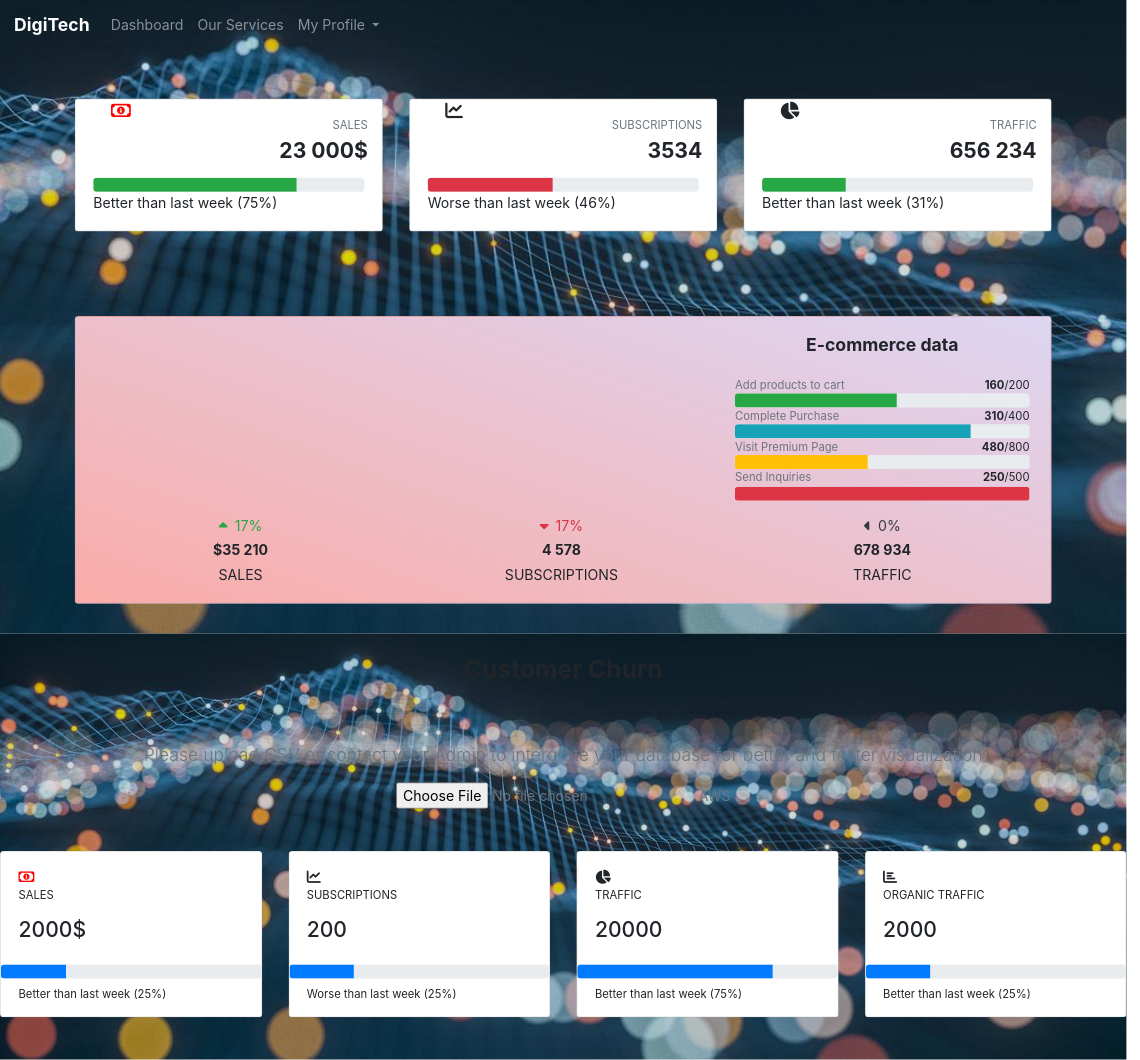
Repository: Tookliin/DigiTech
Page: /profile
An editor plug-in stored every save of this project. The page is shown before and after the next save, followed by the edit.
The browser window is 1280 px wide. The page is 1295 px wide, so the pictures cover 1295 px, including what lies to the right of the window. The pictures show the whole page, at 88% of full size.
The project was rebuilt for these pictures with package versions that can differ from the ones it lists, and the page was loaded fresh each time. Also part of the build but not shown: src/components/Dashboard.vue, src/components/Error.vue, src/components/Register.vue, src/components/Organization.vue.

Above is the page before, as saved 2020-07-22 00:46:40.

After the next save:
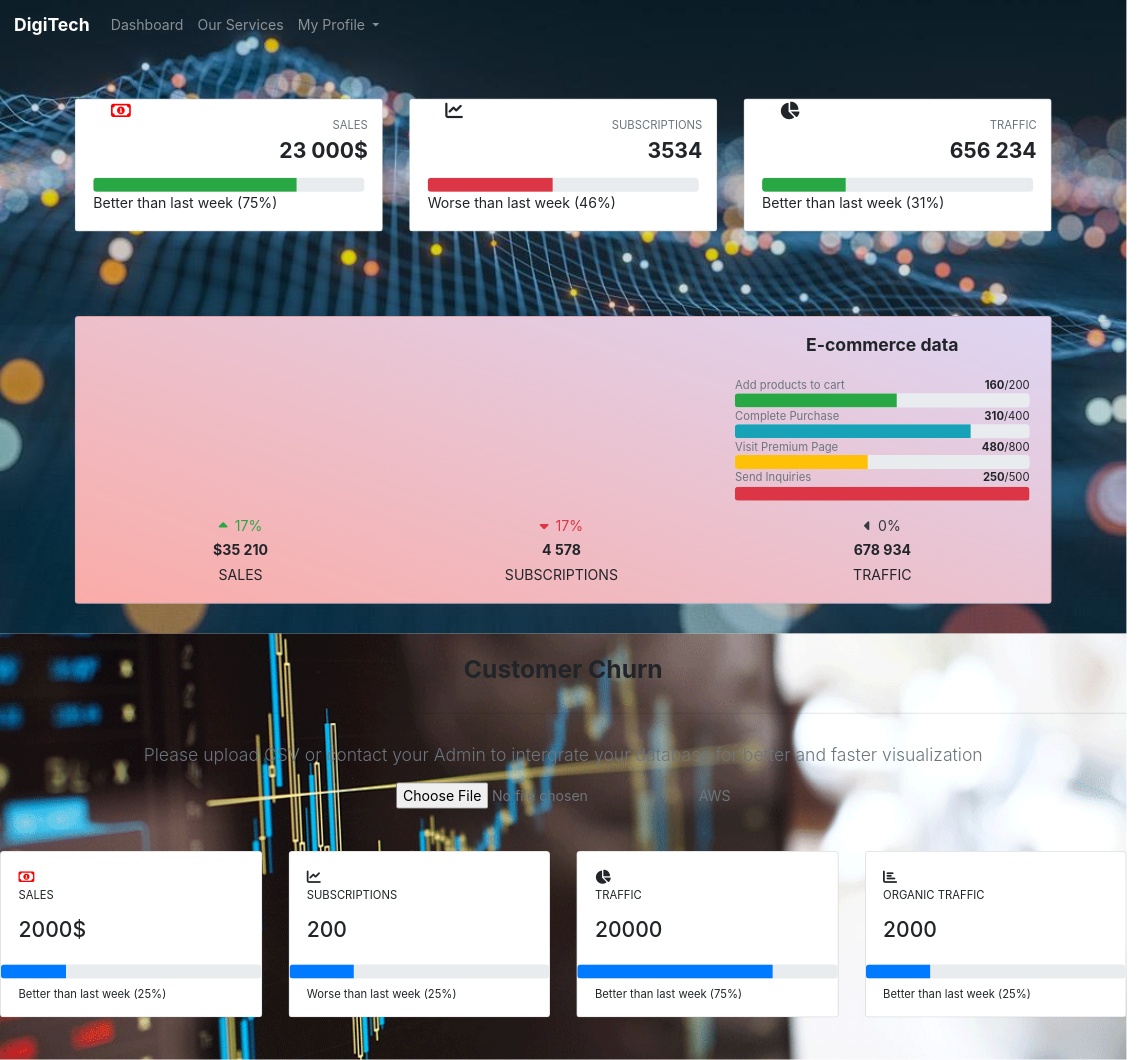
Saved 15 s later.
--- a/src/assets/css/main.css
+++ b/src/assets/css/main.css
@@ -75,7 +75,7 @@ background-image: linear-gradient(19deg, #FAACA8 0%, #DDD6F3 100%);
 
  .customer-churn{
      /* background-attachment: fixed; */
-     background-image: url("../images/dsa.jpg");
+     background-image: url("../images/ad.gif");
      background-position: center;
      background-size: cover;;
  }
